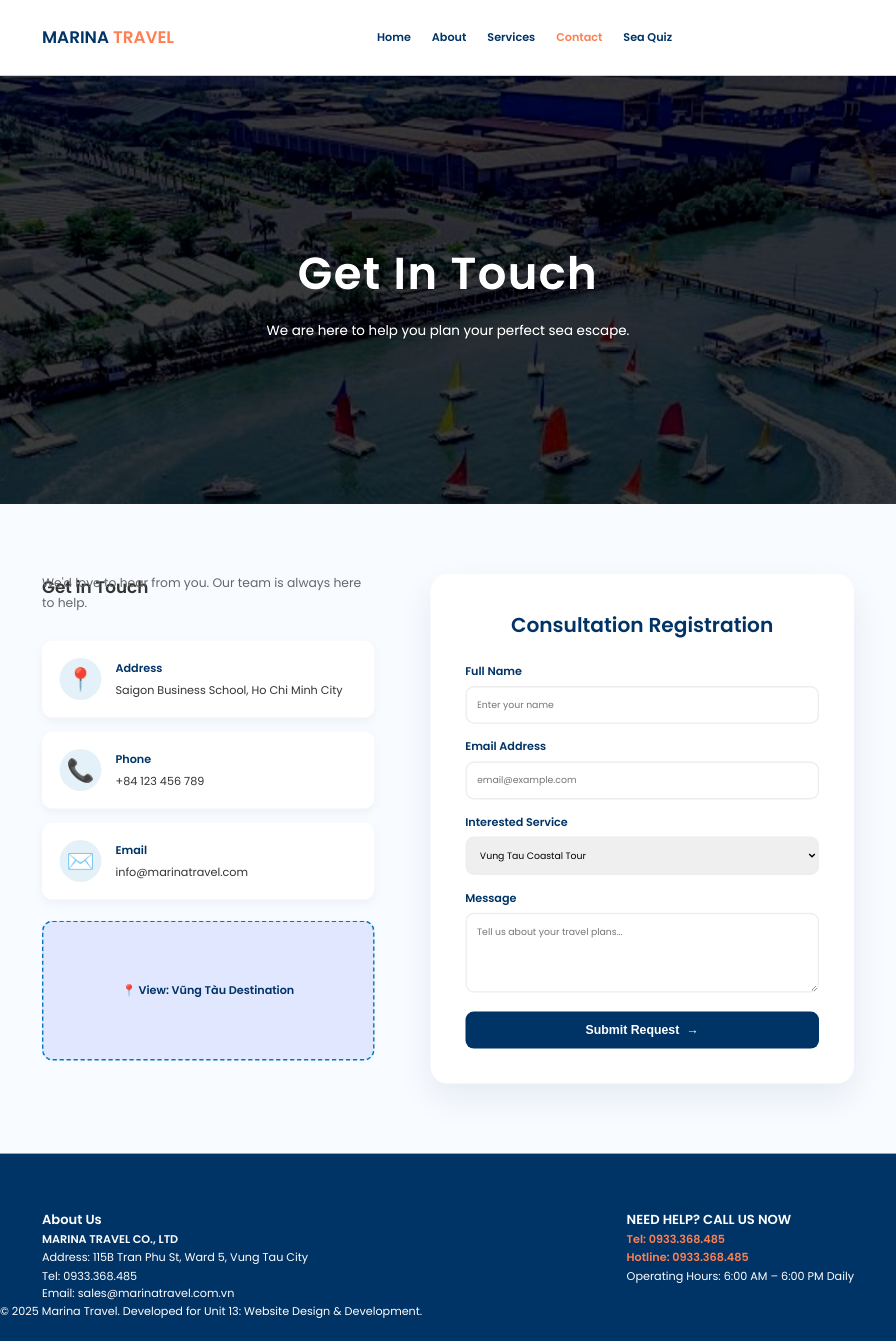
Repository: phatlam0058-commits/WebDD
Page: html/contact.html
These files come from the project's save history. The page is drawn as it stood at one moment and after the next save; the edit follows.
The browser window is 1280 px wide. The pictures show the whole page, at 70% of full size.

Above is the page before, as saved 2026-01-28 14:08:21.

After the next save:
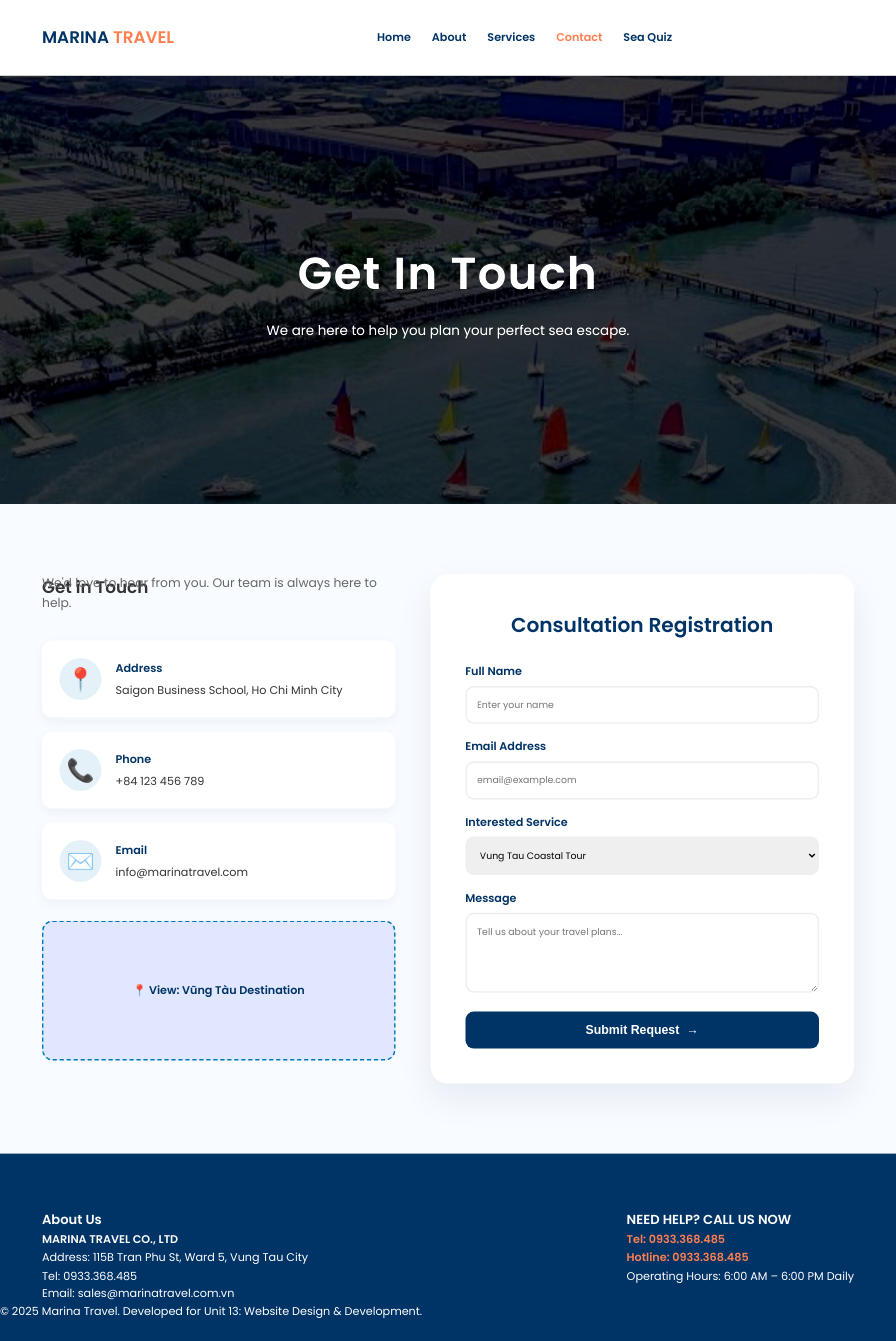
Saved 110 s later.
--- a/css/style.css
+++ b/css/style.css
@@ -560,7 +560,7 @@
 
 /* Info Side */
 .contact-info-card {
-    padding-right: 30px;
+    /* padding-right: 30px; */
 }
 
 .contact-info-card .subtitle {

After the save that followed:
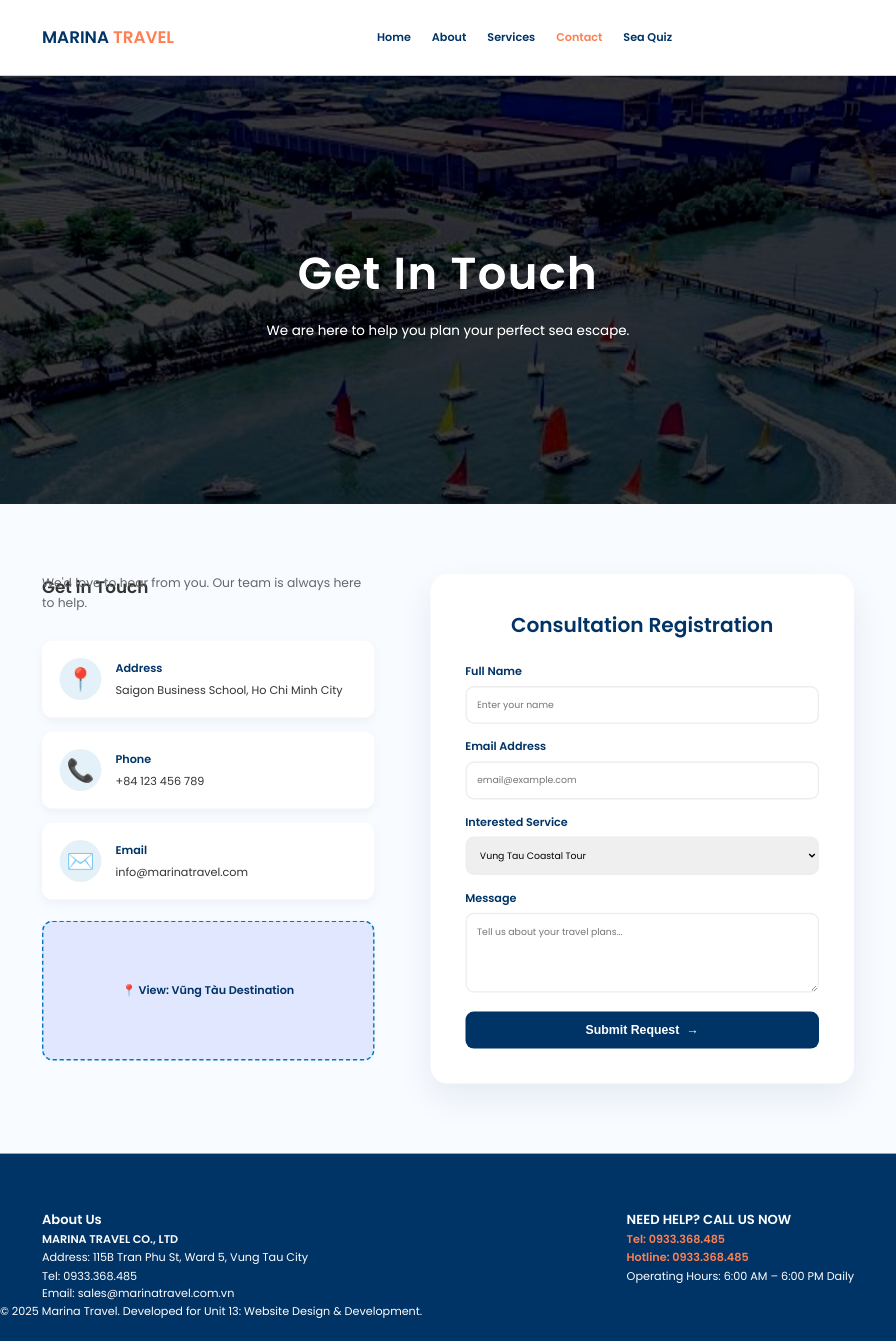
Saved 4 s later.
--- a/css/style.css
+++ b/css/style.css
@@ -560,7 +560,7 @@
 
 /* Info Side */
 .contact-info-card {
-    /* padding-right: 30px; */
+    padding-right: 30px;
 }
 
 .contact-info-card .subtitle {
